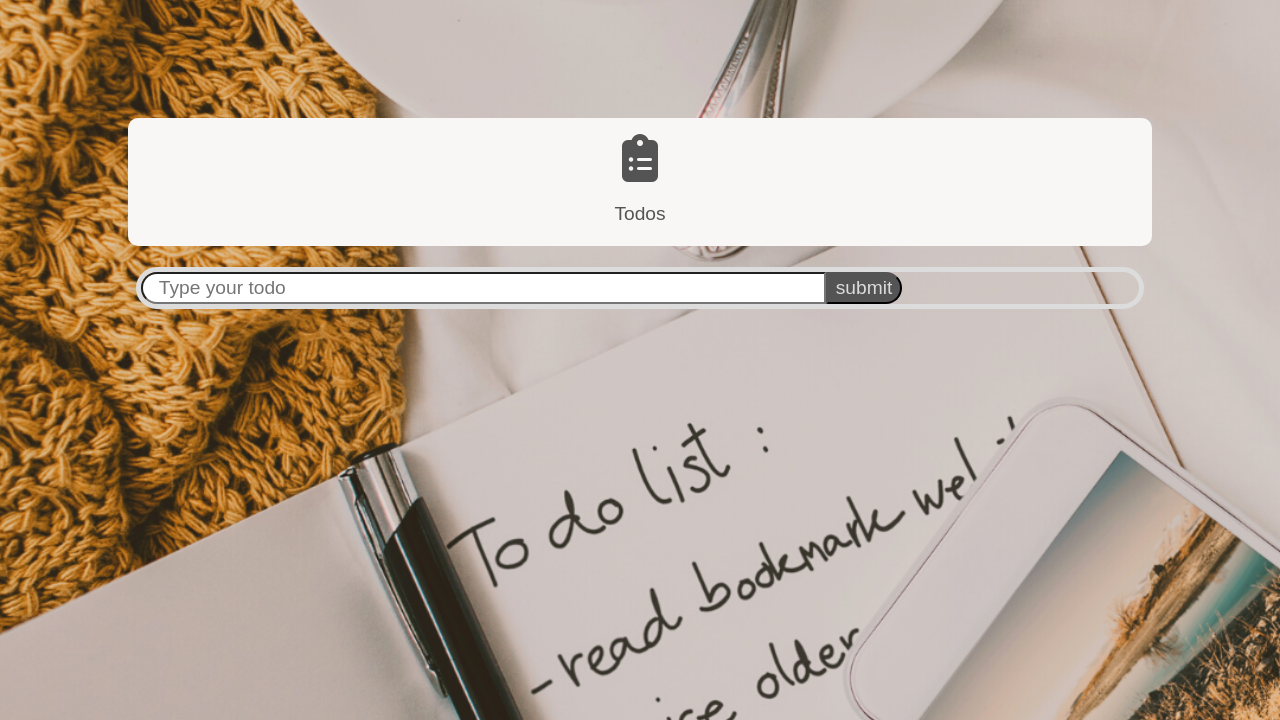
Repository: ShindanoSingi/My-Channel-Videos
Page: index.html
An editor plug-in stored every save of this project. The page is shown before and after the next save, followed by the edit.
The browser window is 1280 px wide. The pictures show the whole page.

Above is the page before, as saved 2023-07-18 00:31:25.
Console error: TypeError: Cannot read properties of null (reading 'addEventListener')

### index.html
<!DOCTYPE html>
<html lang="en">
<head>
    <meta charset="UTF-8">
    <meta name="viewport" content="width=device-width, initial-scale=1.0">
    <link rel="stylesheet" href="https://cdnjs.cloudflare.com/ajax/libs/font-awesome/6.2.0/css/all.min.css" integrity="sha512-xh6O/CkQoPOWDdYTDqeRdPCVd1SpvCA9XXcUnZS2FmJNp1coAFzvtCN9BmamE+4aHK8yyUHUSCcJHgXloTyT2A==" crossorigin="anonymous" referrerpolicy="no-referrer" />
    <Link rel="stylesheet" href="style.css">
    <title>Todo App</title>
</head>
<body>
    <div class="container">
        <div class="top-div">
            <i class="todo-icon fa-solid fa-clipboard-list"></i>
            <span>Todos</span>
        </div>

        <div class="input-button-container">
            <input class="input-field" id="input-field" type="text" placeholder="Type your todo">
            <input type="submit" value="submit" class="submit-button" id="submit-button">
        </div>
        <div class="div-checkbox-containers-parent" id="div-checkbox-containers-parent">
            </div>
        </div>
    </div>
    <script src="index.js"></script>
</body>
</html>

### style.css
:root{
    --gray-color: #545454;
    --background-color: #F8F7F6;
    --general-font: 1.2rem;
    --light-blue:#1E90FF;
    --light-gray:#DCDCDC;
    --border-radius: 10px;
    --input-border-radius: 50px;
    --padding-x: 0.5rem;
    --padding-y: 0.2rem;
    --screen: 100vw;
    --orange: #D59A4C;
}

body{
    color: var(--gray-color);
    font-family: 'Montserrat', sans-serif;
    font-size: var(--general-font);
    background-image: url(images/Background.png);
    background-size: cover;
    background-repeat: no-repeat;
    background-position: center;
    width: fit-content;
    box-sizing: 0;
    margin: 0;
    padding: 0;
}

.todo-icon{
    font-size: 3rem;
}

.top-div{
    width: 80%;
    background: var(--background-color);
    display: grid;
    justify-items: center;
    height: 6rem;
    gap: 1rem;
    border-radius: var(--border-radius);
    padding: 1rem 0;
    margin-bottom: 1.3rem;
    margin-top: -17rem;
}

/* Input field */
input, .submit-button{
    font-size: var(--general-font);
}

.input-field{
    width: 65%;
    display: inline-block;
    border-radius: var(--input-border-radius) 0 0 var(--input-border-radius);
    padding: 0.2rem 1rem;
}

.check-mark{
    z-index: -1;
}

input:focus{
    outline: none;
    background-color: var(--light-gray);
}

.submit-button{
    color: var(--light-gray);
    padding: 0 0.4rem;
    display: inline-block;
    background-color: var(--gray-color);

    color: var(--light-gray);
    border-radius: 0 var(--input-border-radius) var(--input-border-radius) 0;
    padding: var(--padding-y) var(--padding-x);
}

.submit-button:hover{
    background-color: var(--orange);
}

.input-button-container{
    width: 78%;
    display: flex;
    align-items: center;
    border: 5px solid var(--light-gray);
    border-radius: var(--input-border-radius) var(--input-border-radius);
    margin-top: 2rem;
    margin: 0 auto;
    margin-bottom: 1.3rem;
    /* display: none; */
}

div.text{
    font-size: 1rem;
    width: 70%;
    overflow: scroll;
    padding: 1rem;
}

.checkbox{
    transform: scale(1.2);
}

.check-mark{
    transform: translate(-1rem, -0.2rem);
}

.checkbox-icon{
    display: flex;
}

.div-checkbox-container{
    width: 100%;
    height: auto;
    display: flex;
    justify-content: space-between;
    align-items: center;
    background-color: var(--background-color);
    border-radius: var(--border-radius);
}

.div-checkbox-containers-parent{
    display: flex;
    flex-direction: column;
    align-items: center;
    gap: 1.5rem;
    padding: 0 2rem;
    width: 80%;
    max-height: 55vh;
    overflow-y: scroll;
    position: absolute;
    top: 46%;
}

.container{
    height: 100vh;
    width: 100vw;
    display: flex;
    flex-direction: column;
    align-items: center;
    justify-content: center;
}

### index.js
let button = document.getElementById("submit-button");
button.addEventListener("click", function () {

    let newDiv1 = document.getElementById("div-checkbox-containers-parent");

    let inputValue = document.getElementById("input-field");

    let newDiv2 = document.createElement("div");
    newDiv2.setAttribute('class', "div-checkbox-container");
    newDiv2.setAttribute("id", "div-checkbox-container");

    let newDiv3 = document.createElement("div");
    newDiv3.setAttribute("class", "text");
    newDiv3.setAttribute("id", "text");
    newDiv3.textContent = inputValue.value;

    let newDiv4 = document.createElement("div");
    newDiv4.setAttribute("class", "checkbox-icon");
    newDiv4.setAttribute("id", "checkbox-icon");

    let input = document.createElement("input");
    input.type = "checkbox";
    input.setAttribute("class", "checkbox");
    input.setAttribute("id", "checkbox");

    let i = document.createElement("i");
    i.setAttribute("class", "check-mark fa-solid fa-check");
    i.setAttribute('id','check-mark');

    newDiv4.appendChild(input);
    newDiv4.appendChild(i);

    newDiv2.appendChild(newDiv3);
    newDiv2.appendChild(newDiv4);

    console.log(newDiv1)
    if (!inputValue.value) {
        alert("Please enter the text!")
        return
    }

    newDiv1.appendChild(newDiv2);

    newDiv1.scrollTop = newDiv1.scrollHeight;

    inputValue.value = ''
});

const showCheckMark = () => {
    let checkMark = document.getElementById('check-mark');
    checkMark.style.zIndex = 1;
    console.log("Lol")
}

let checkBoxIcon = document.getElementById('checkbox-icon');
checkBoxIcon.addEventListener('click', (event) => {
    showCheckMark()
})

After the next save:
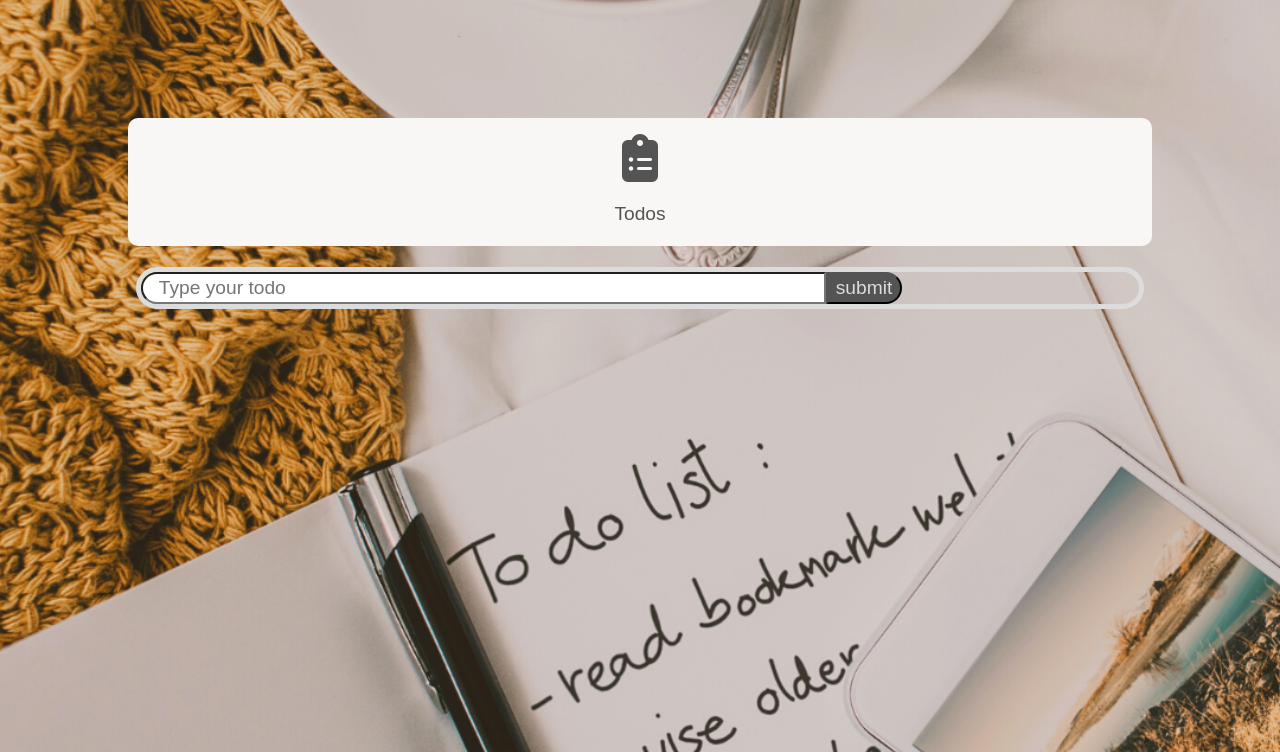
Saved 27 s later.
--- a/style.css
+++ b/style.css
@@ -140,4 +140,5 @@ div.text{
     flex-direction: column;
     align-items: center;
     justify-content: center;
+    padding-bottom: 2rem;
 }
